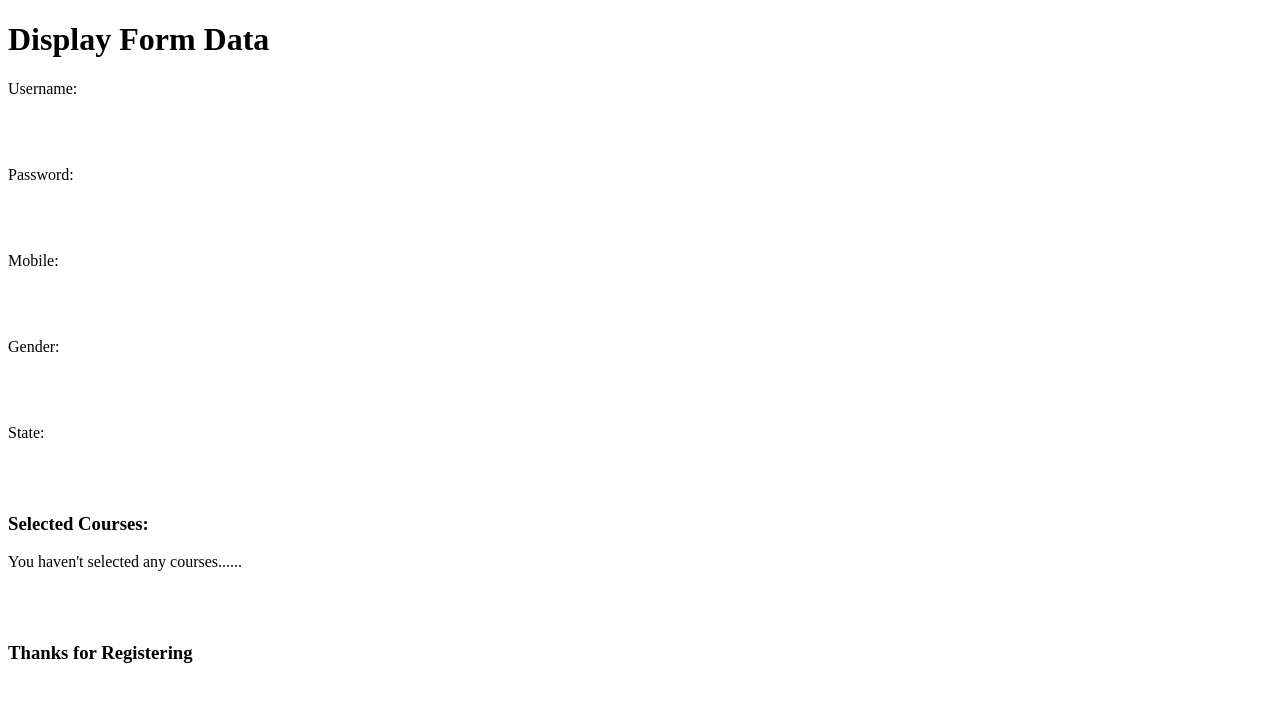
Repository: Nitin-Kalshetty/Training_Java
Page: http://localhost/usertaglibrary/display.jsp
These files come from the project's save history. The page is drawn as it stood at one moment and after the next save; the edit follows.
The browser window is 1280 px wide. The pictures show the whole page.
The page is served by Tomcat 9. Other server files are loaded and not shown.

Above is the page before, as saved 2023-05-29 04:03:54.

### usertaglibrary/src/main/webapp/display.jsp
<%@page import="java.util.List"%>
<%@ page language="java" contentType="text/html; charset=UTF-8"
    pageEncoding="UTF-8"%>
<%@ page isELIgnored="false" %>
<%@ taglib prefix="c" uri="http://java.sun.com/jsp/jstl/core" %>
<!DOCTYPE html>
<html>
<head>
<meta charset="UTF-8">
<title>Insert title here</title>
</head>
<body>
<h1>Display Form Data</h1>

    <p>Username:
    <c:out value="${param.username}" /> </p>
    <br>
    <br>
    <p>Password: <c:out value="${param.password}" />
    </p>
    <br>
    <br>
    <p>Mobile: <c:out value="${param.mobile}" />
    </p>
    <br>
    <br>
    <p>Gender: <c:out value="${param.gender}" />
    </p>
    <br>
    <br>
    <p>State: <c:out value="${param.selectstate}" />
    </p>
    <br>
    <br>
    <h3>Selected Courses:</h3>
    <c:if test="${empty paramValues.selectcourses}">
    	<p>You haven't selected any courses......</p>
    </c:if>
    <c:if test="${not empty paramValues.selectcourses}">
    <c:forEach items="${paramValues.selectcourses}"  var="course">
    <br>
	${course}
	</c:forEach>
    </c:if>

	<br>
    <br>
	<h3>Thanks for Registering</h3>


</body>
</html>

After the next save:
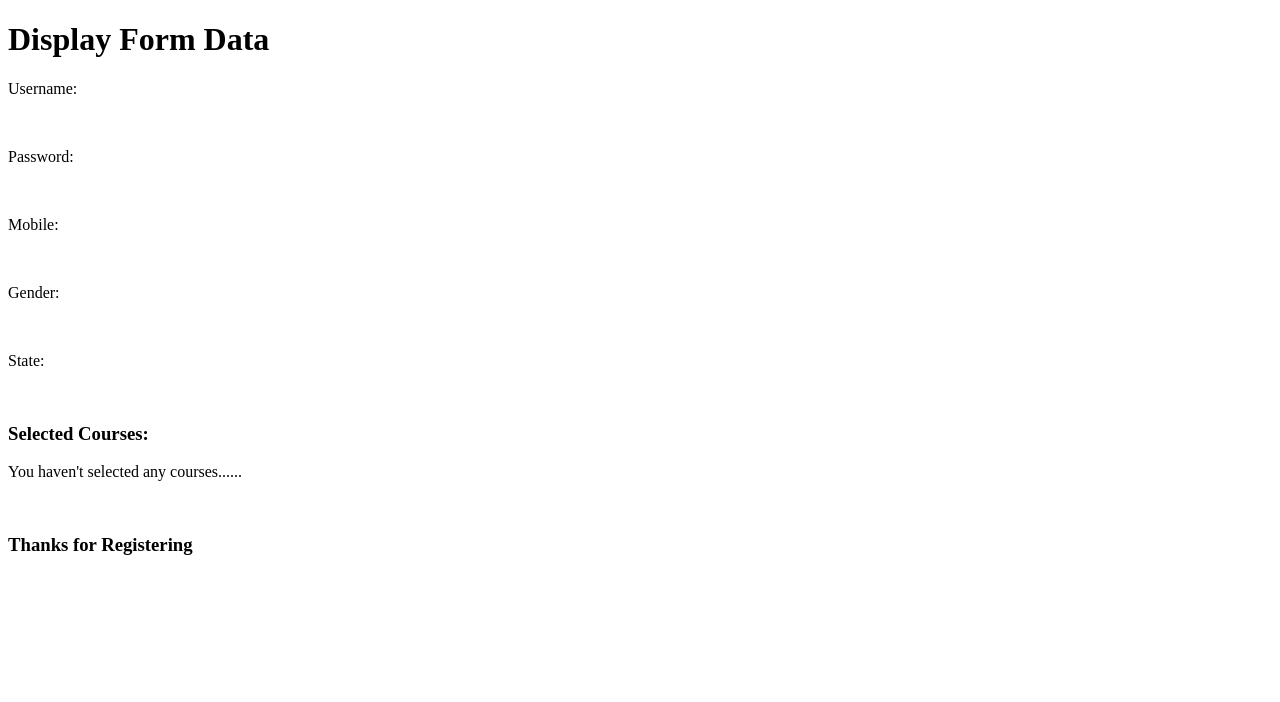
Saved 53 s later.
--- a/usertaglibrary/src/main/webapp/display.jsp
+++ b/usertaglibrary/src/main/webapp/display.jsp
@@ -15,22 +15,22 @@
     <p>Username:
     <c:out value="${param.username}" /> </p>
     <br>
-    <br>
+
     <p>Password: <c:out value="${param.password}" />
     </p>
     <br>
-    <br>
+
     <p>Mobile: <c:out value="${param.mobile}" />
     </p>
     <br>
-    <br>
+
     <p>Gender: <c:out value="${param.gender}" />
     </p>
-    <br>
+
     <br>
     <p>State: <c:out value="${param.selectstate}" />
     </p>
-    <br>
+
     <br>
     <h3>Selected Courses:</h3>
     <c:if test="${empty paramValues.selectcourses}">
@@ -44,7 +44,7 @@
     </c:if>
 
 	<br>
-    <br>
+
 	<h3>Thanks for Registering</h3>
 
 
